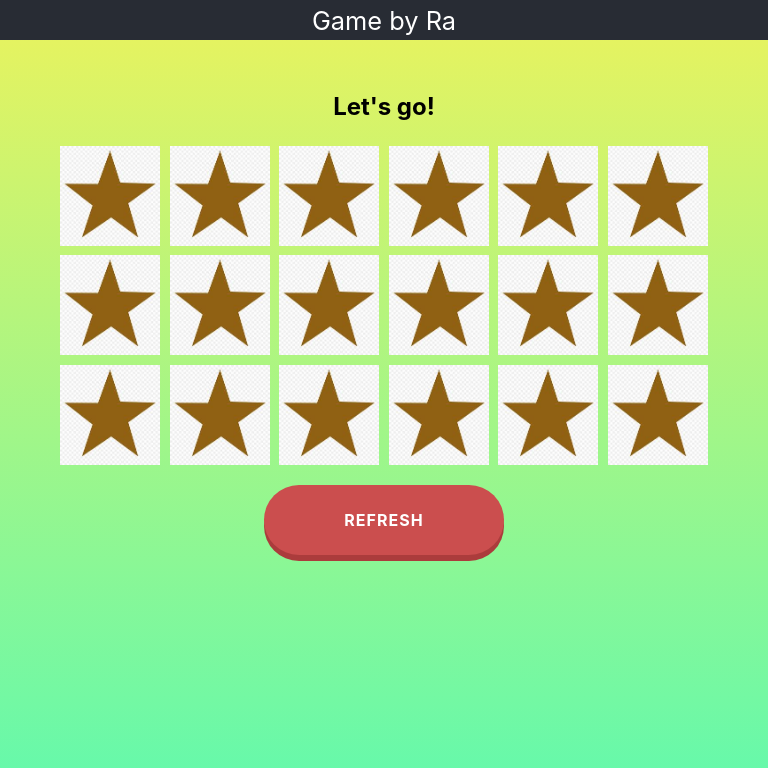
Repository: Sergioramasano/ramos-game
Page: /
The author's editor kept a copy of each file at every save. The page is drawn from the files as they stood at one save, then again after the next save.
The browser window is 768 px wide. The pictures show the whole page.
The project was rebuilt for these pictures with package versions that can differ from the ones it lists, and the page was loaded fresh each time.

Above is the page before, as saved 2021-02-11 21:31:24.

After the next save:
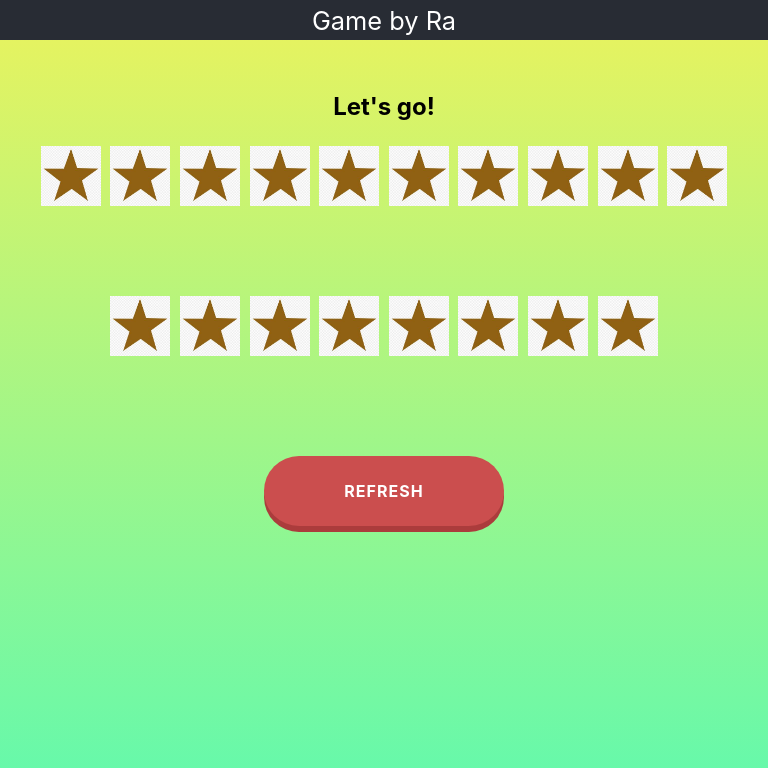
Saved 11 min 42 s later.
--- a/src/components/GameBox/Gamebox.module.css
+++ b/src/components/GameBox/Gamebox.module.css
@@ -22,6 +22,13 @@
   width: 100px;
   height: 100px;
   margin: 0.3rem;
+}
+
+@media screen and (max-width: 800px) {
+  .card {
+    width: 60px;
+    height: 60px;
+  }
 }
 
 .card img {
